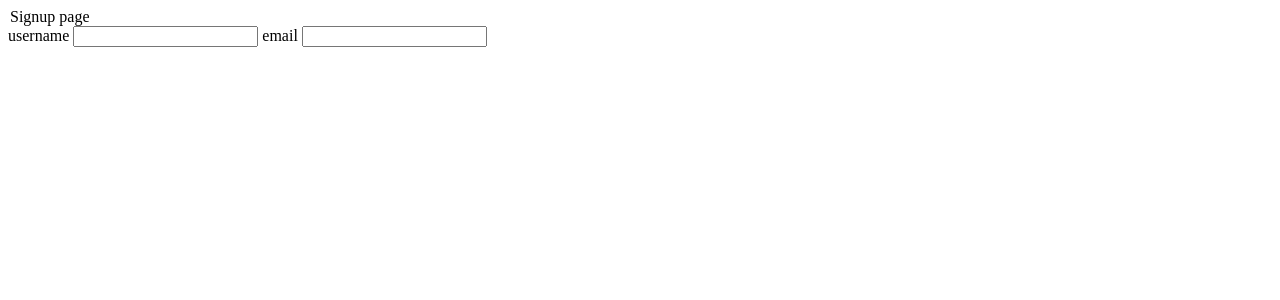
Repository: Altafalinadaf/SimpleProjects
Page: servletDemo6/src/main/webapp/index.html
These files come from the project's save history. The page is drawn as it stood at one moment and after the next save; the edit follows.
The browser window is 1280 px wide. The pictures show the whole page.

Above is the page before, as saved 2023-10-31 04:37:20.

After the next save:
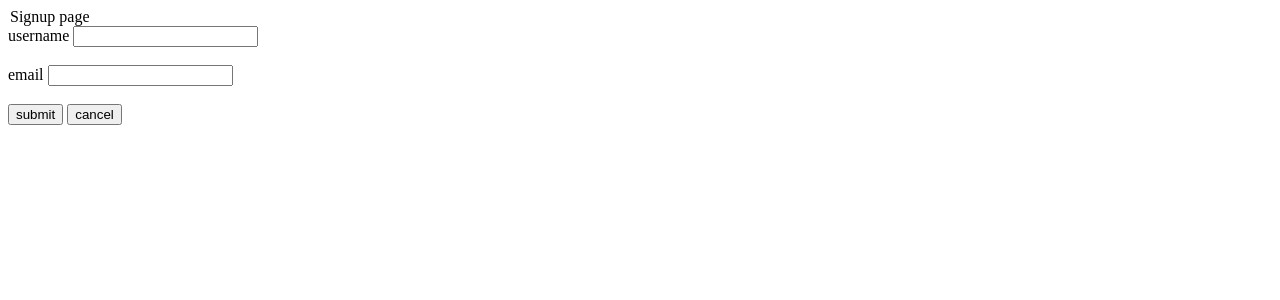
Saved 78 s later.
--- a/servletDemo6/src/main/webapp/index.html
+++ b/servletDemo6/src/main/webapp/index.html
@@ -1,19 +1,25 @@
 <!DOCTYPE html>
 <html>
+
 <head>
-<meta charset="ISO-8859-1">
-<title>Insert title here</title>
+	<meta charset="ISO-8859-1">
+	<title>Insert title here</title>
 </head>
+
 <body>
-	<form action="/myform" method="post" >
+	<form action="/myform" method="post">
 		<legend> Signup page </legend>
 		<label for="username">username</label>
-		<input type="text" name=" " id="username"/>
+		<input type="text" name=" " id="username" /> <br/> <br/>
 
 		<label for="email id">email</label>
-		<input type="text" name="email" id="email id"/>
+		<input type="text" name="email" id="email id" /> <br/> <br/>
+
+		<button>submit</button>
+		<button>cancel</button>
 
 	</form>
 
 </body>
+
 </html>
